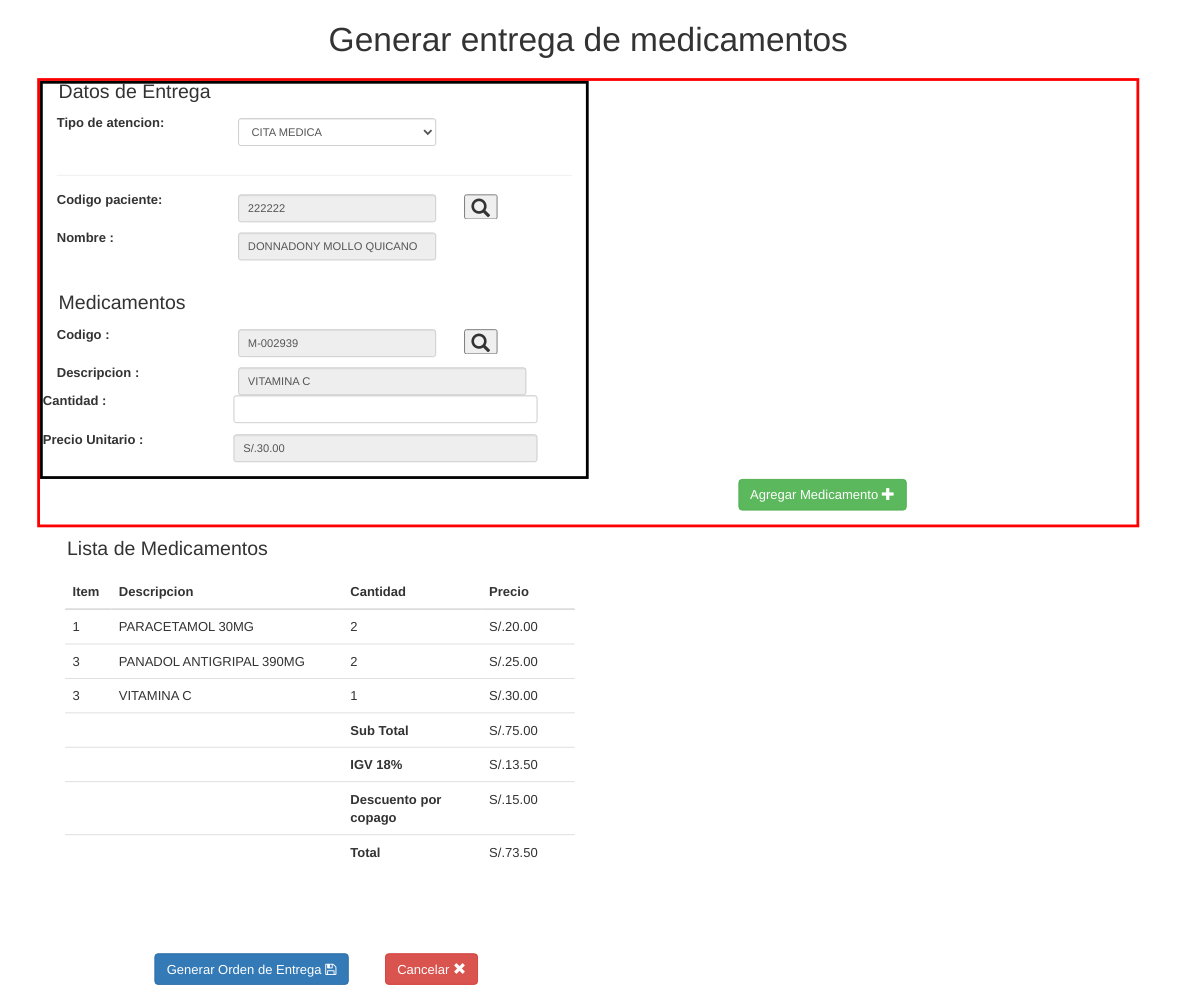
Repository: Donyx10/ADSII-ProyectoClinica
Page: http://localhost/AvanceWeb/GenerarOrdenDeEntregaDeMedicamentos2.jsp
The author's editor kept a copy of each file at every save. The page is drawn from the files as they stood at one save, then again after the next save.
The browser window is 1280 px wide. The pictures show the whole page, at 93% of full size.
Some web fonts or font styles are not loaded; a fallback is used. The page is served by Tomcat 9. Other server files are loaded and not shown.

Above is the page before, as saved 2018-06-07 16:47:51.

### WebDemo/AvanceWeb/WebContent/GenerarOrdenDeEntregaDeMedicamentos2.jsp
<!DOCTYPE html>
<html lang="esS">
<head>
<meta charset="UTF-8">
<meta name="viewport"
	content="width=device-width, initial-scale=1, maximum-scale=1, user-scalable=no">
<script type="text/javascript" src="js/jquery.min.js"></script>
<script type="text/javascript" src="js/jquery.dataTables.min.js"></script>
<script type="text/javascript" src="js/dataTables.bootstrap.min.js"></script>
<script type="text/javascript" src="js/bootstrap.min.js"></script>
<script type="text/javascript" src="js/bootstrapValidator.js"></script>
<link rel="stylesheet" href="css/bootstrap.css" />
<link rel="stylesheet" href="css/dataTables.bootstrap.min.css" />
<link rel="stylesheet" href="css/style.css" />
<link rel="stylesheet" href="css/bootstrapValidator.css" />
<link rel="stylesheet"
	href="https://cdnjs.cloudflare.com/ajax/libs/font-awesome/4.7.0/css/font-awesome.min.css">
<title>Generar orden de entrega de medicamentos</title>

</head>
<body>

	<div class="container"
		style="padding-top: 3px; line-height: 0.8; padding-left: 0.01px;">
		<h1 align="center">Generar entrega de medicamentos</h1>
		<br>
		<form action="generarCita" id="id_form">
			<div class="form-group row"
				style="border-style: solid; border-color: red;">
				<div class="col-md-6"
					style="border-style: solid; border-color: black;">

					<div class="form-group row" align="left" id="paciente">
						<div class="col-md-12">
							<fieldset>
								<legend>Datos de Entrega</legend>
								<div class="row">
									<div class="col-md-4">
										<label class="" for="id_codigo">Tipo de atencion:</label>
									</div>
									<div class="col-md-5">
										<select class="form-control input-sm" style="">
											<option>CITA MEDICA
											<option>EMERGENCIA
										</select>
									</div>
								</div>
								<br>
								<hr>
								<div class="row">

									<div class="col-md-4">
										<label class="" for="id_codigo">Codigo paciente:</label>
									</div>
									<div class="col-md-5">
										<input class="form-control input-sm" type="text"
											value="222222" id="" name="" readonly="readonly"
											placeholder="Ingrese el codigo">
									</div>
									<div class="col-md-2">
										<button style="font-size: 20px">
											<i class="glyphicon glyphicon-search"></i>
										</button>
									</div>
								</div>
								<br>



								<div class="row">
									<div class="col-md-4">
										<label class="" for="">Nombre : </label>
									</div>
									<div class="col-md-5">
										<input class="form-control input-sm" type="text"
											readonly="readonly" value="DONNADONY MOLLO QUICANO" id=""
											name="" placeholder="Ingrese el nombre" size="30">
									</div>

								</div>
								<br>

							</fieldset>
						</div>


					</div>

					<br>
					<div class="form-group row" align="left" id="medicametos">
						<div class="col-md-12">
							<fieldset>
								<legend>Medicamentos</legend>

								<div class="row">

									<div class="col-md-4">
										<label class="" for="id_codigo">Codigo : </label>
									</div>
									<div class="col-md-5">
										<input class="form-control input-sm" type="text"
											value="M-002939" id="" name="" readonly="readonly"
											placeholder="">
									</div>
									<div class="col-md-2">
										<button style="font-size: 20px">
											<i class="glyphicon glyphicon-search"></i>
										</button>
									</div>
								</div>
								<br>
								<div class="row">

									<div class="col-md-4">
										<label class="" for="id_codigo">Descripcion : </label>
									</div>
									<div class="col-md-7">
										<input class="form-control input-sm" type="text"
											value="VITAMINA C" id="" name="" readonly="readonly"
											placeholder="">
									</div>
							</fieldset>
						</div>
						<br>
						<div class="row">

							<div class="col-md-4">
								<label class="" for="id_codigo">Cantidad : </label>
							</div>
							<div class="col-md-7">
								<input class="form-control input-sm" type="number"
									name="quantity" min="1" max="10">
							</div>

						</div>
						<br>
						<div class="row">

							<div class="col-md-4">
								<label class="" for="id_codigo">Precio Unitario : </label>
							</div>
							<div class="col-md-7">
								<input class="form-control input-sm" type="text" name="quantity"
									value="S/.30.00" readonly="readonly">
							</div>

						</div>
					</div>
				</div>
				<div class="form-group row" align="center" id="paciente">
					<div class="col-md-12">
						<div class="row">
							<div class="col-md-2"></div>
							<div class="col-md-4"></div>
							<div class="col-md-1"></div>
							<div class="col-md-3">
								<button type="submit" class="btn btn-success">
									Agregar Medicamento <i class="glyphicon glyphicon-plus"></i>
								</button>
							</div>
						</div>
					</div>
				</div>


			</div>
			<div class="col-md-6">
				<div class="form-group row" id="medico">
					<div class="col-md-12">
						<fieldset>

							<legend> Lista de Medicamentos</legend>
							<div class="row">
								<div class="col-md-12">
									<table class="table table-sm">
										<thead>
											<tr>
												<th class="col-md-1">Item</th>
												<th class="col-md-5">Descripcion</th>
												<th class="col-md-3">Cantidad</th>
												<th class="col-md-2">Precio</th>

											</tr>
										</thead>
										<tbody>
											<tr>
												<td class="col-md-1">1</td>
												<td class="col-md-5">PARACETAMOL 30MG</td>
												<td class="col-md-3">2</td>
												<td class="col-md-2">S/.20.00</td>
											</tr>
											<tr>
												<td class="col-md-1">3</td>
												<td class="col-md-5">PANADOL ANTIGRIPAL 390MG</td>
												<td class="col-md-3">2</td>
												<td class="col-md-2">S/.25.00</td>
											</tr>
											<tr>
												<td class="col-md-1">3</td>
												<td class="col-md-5">VITAMINA C</td>
												<td class="col-md-3">1</td>
												<td class="col-md-2">S/.30.00</td>
											</tr>
											<tr>
												<td class="col-md-1"></td>
												<td class="col-md-5"></td>
												<td class="col-md-3"><strong>Sub Total</strong></td>
												<td class="col-md-2">S/.75.00</td>
											</tr>
											<tr>
												<td class="col-md-1"></td>
												<td class="col-md-5"></td>
												<td class="col-md-3"><strong>IGV 18%</strong></td>
												<td class="col-md-2">S/.13.50</td>
											</tr>
											<tr>
												<td class="col-md-1"></td>
												<td class="col-md-5"></td>
												<td class="col-md-3"><strong>Descuento por
														copago</strong></td>
												<td class="col-md-2">S/.15.00</td>
											</tr>
											<tr>
												<td class="col-md-1"></td>
												<td class="col-md-5"></td>
												<td class="col-md-3"><strong>Total</strong></td>
												<td class="col-md-2">S/.73.50</td>
											</tr>

										</tbody>
									</table>
								</div>
							</div>
						</fieldset>
					</div>
				</div>
				<br> <br> <br> <br> <br>
				<div class="form-group row" align="center" id="paciente">
					<div class="col-md-12">
						<div class="row">
							<div class="col-md-2"></div>
							<div class="col-md-4">
								<button type="submit" class="btn btn-primary">
									Generar Orden de Entrega <i class="fa fa-save"></i>
								</button>
							</div>
							<div class="col-md-1"></div>
							<div class="col-md-3">
								<button type="submit" class="btn btn-danger">
									Cancelar <span class="glyphicon glyphicon-remove"></span>
								</button>
							</div>
						</div>
					</div>
				</div>
			</div>
	</div>
	</div>
	</form>
	</div>
</body>
</html>

### WebDemo/AvanceWeb/WebContent/css/style.css


.table-fixed {
	width: 100%;
	background-color: #f3f3f3;
}

.table-fixed tbody {
	height: 120px;
	overflow-y: auto;
	width: 100%;
}

.table-fixed thead, .table-fixed tbody, .table-fixed tr, .table-fixed td,
	.table-fixed th {
	display: block;
}

.table-fixed tbody td {
	float: left;
}

.table-fixed thead tr th {
	float: left;
	background-color: #f39c12;
	border-color: #e67e22;
}

legend {
    display: block;
    padding-left: 2px;
    padding-right: 2px;
    border: none;
}

Loaded but not shown: WebDemo/AvanceWeb/WebContent/js/jquery.min.js (library); WebDemo/AvanceWeb/WebContent/js/jquery.dataTables.min.js (library); WebDemo/AvanceWeb/WebContent/js/dataTables.bootstrap.min.js (common file); WebDemo/AvanceWeb/WebContent/js/bootstrap.min.js (library); WebDemo/AvanceWeb/WebContent/js/bootstrapValidator.js (library); WebDemo/AvanceWeb/WebContent/css/bootstrap.css (library); WebDemo/AvanceWeb/WebContent/css/dataTables.bootstrap.min.css (library); WebDemo/AvanceWeb/WebContent/css/bootstrapValidator.css (common file)

After the next save:
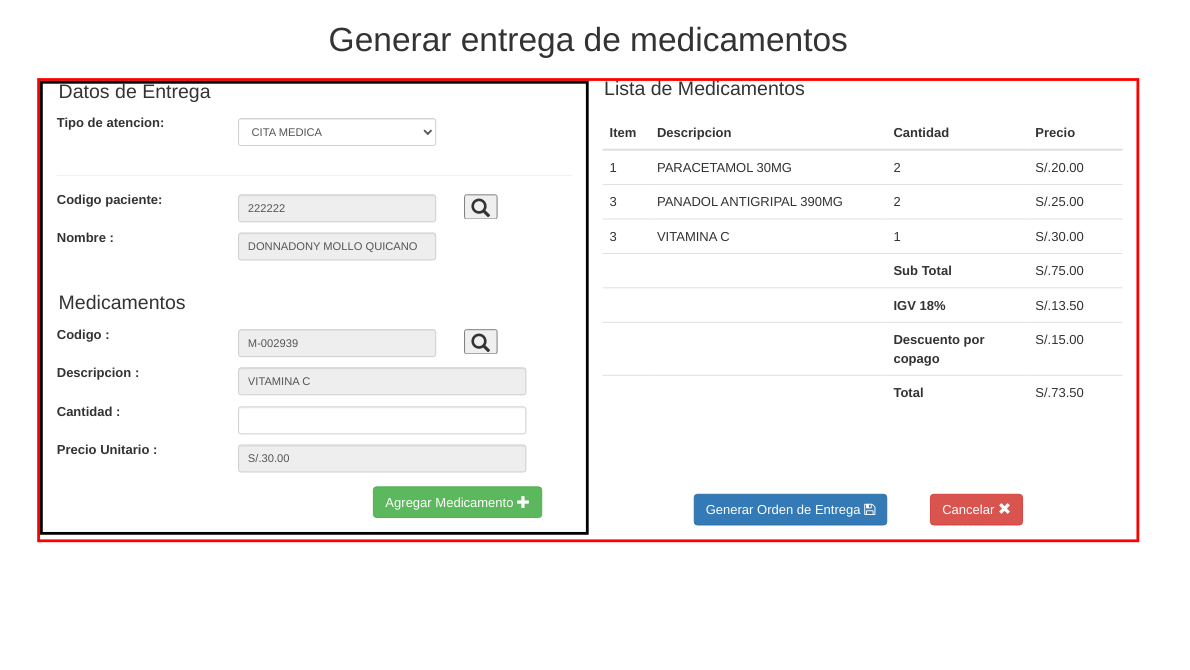
Saved 28 s later.
--- a/WebDemo/AvanceWeb/WebContent/GenerarOrdenDeEntregaDeMedicamentos2.jsp
+++ b/WebDemo/AvanceWeb/WebContent/GenerarOrdenDeEntregaDeMedicamentos2.jsp
@@ -119,7 +119,7 @@
 											value="VITAMINA C" id="" name="" readonly="readonly"
 											placeholder="">
 									</div>
-							</fieldset>
+
 						</div>
 						<br>
 						<div class="row">
@@ -145,6 +145,7 @@
 							</div>
 
 						</div>
+						</fieldset>
 					</div>
 				</div>
 				<div class="form-group row" align="center" id="paciente">
